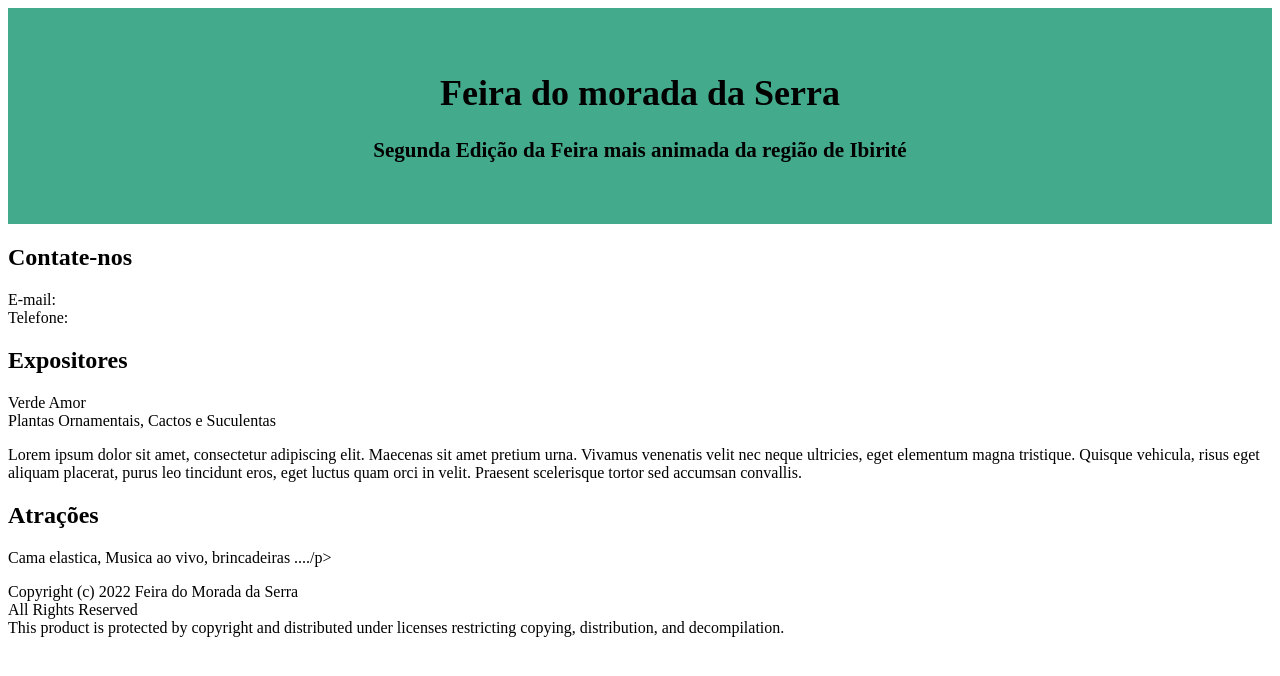
Repository: valerianogueirasilva/feiraibirite
Page: SoacialProject/Index.html
An editor plug-in stored every save of this project. The page is shown before and after the next save, followed by the edit.
The browser window is 1280 px wide. The pictures show the whole page.

Above is the page before, as saved 2022-07-11 14:50:21.

### SoacialProject/Index.html
<!DOCTYPE html>
<html>
<head>
<meta charset="ISO-8859-1">
<title>Feira Social do Morada da Serra</title>
<link rel="stylesheet" type="text/css" href="Css/cssfile.css" >
<header id="HeaderId" class="HeaderClass">
<h1 id="H1HeaderId" class="H1HeaderClass">Feira do morada da Serra</h1>
<h3 id="H3HeaderId" class="H3HeaderClass">Segunda Edição da Feira mais animada da região de Ibirité</h3>
</header>

</head>
<body>

<div class="row">
  <div class="column side">
    <h2>Contate-nos</h2>
    <p>E-mail: <br> Telefone: <br> </p>
  </div>

  <div class="column middle">
    <h2>Expositores</h2>
    <p id="VerdeAmorId" class="VerdeAmorClass"> Verde Amor <br> Plantas Ornamentais, Cactos e Suculentas</p>
    <p>Lorem ipsum dolor sit amet, consectetur adipiscing elit. Maecenas sit amet pretium urna. Vivamus venenatis velit nec neque ultricies, eget elementum magna tristique. Quisque vehicula, risus eget aliquam placerat, purus leo tincidunt eros, eget luctus quam orci in velit. Praesent scelerisque tortor sed accumsan convallis.</p>
  </div>

<div class="column side">
    <h2>Atrações</h2>
    <p>Cama elastica, Musica ao vivo, brincadeiras ..../p>
  </div>
</div


<footer ide="FooterId" class="FooterClass" >Copyright (c) 2022 Feira do Morada da Serra <br> All Rights Reserved <br>

This product is protected by copyright and distributed under
licenses restricting copying, distribution, and decompilation. </footer>

</body>
</html>

### SoacialProject/Css/cssfile.css
/*
Author: Valeria Nogueira
Date: 11 july 2022
Section: Social Project

https://coolors.co/f94144-f3722c-f8961e-fdc9b0-f9c74f-74a94c-43aa8b-4f9290-ffffff-040d10
*/

.HeaderClass {
   text-align: center;
   background: #43AA8B;
   padding: 40px;
   font-size: 18px;
}














.FooterClass{
	text-align: center;
	padding:20px;
	background:#43AA8B;
}

After the next save:
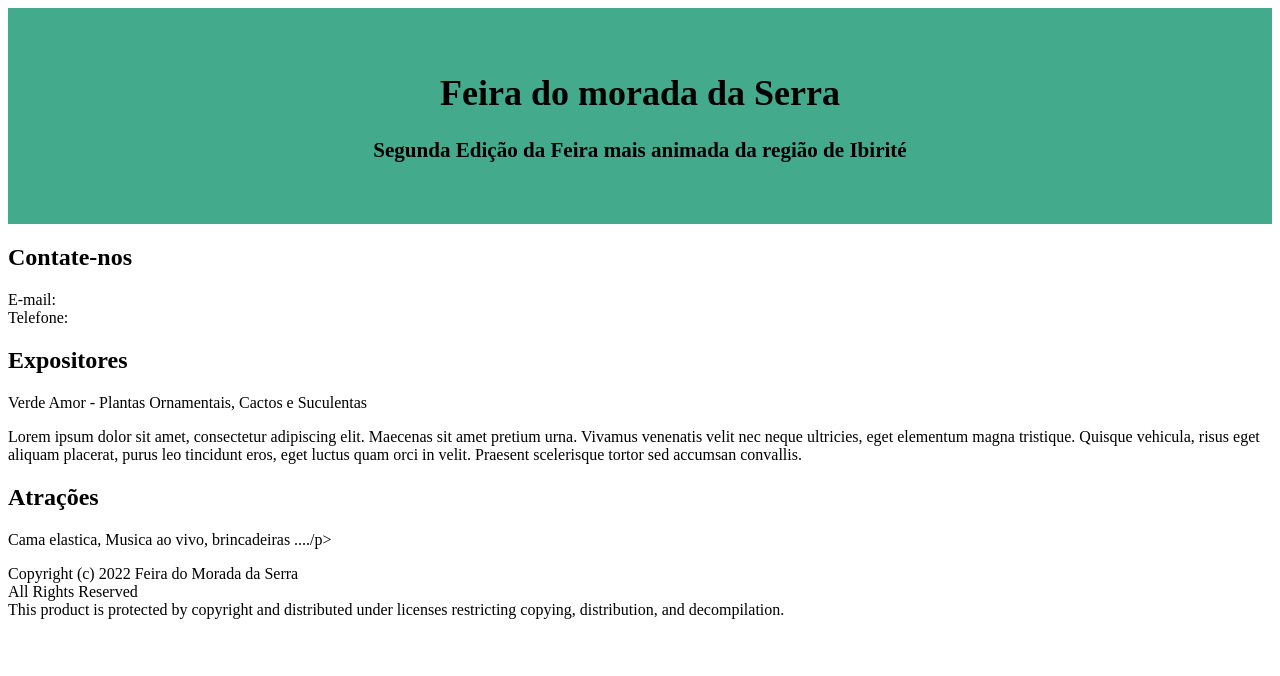
Saved 13 s later.
--- a/SoacialProject/Index.html
+++ b/SoacialProject/Index.html
@@ -20,7 +20,7 @@
 
   <div class="column middle">
     <h2>Expositores</h2>
-    <p id="VerdeAmorId" class="VerdeAmorClass"> Verde Amor <br> Plantas Ornamentais, Cactos e Suculentas</p>
+    <p id="VerdeAmorId" class="VerdeAmorClass"> Verde Amor - Plantas Ornamentais, Cactos e Suculentas</p>
     <p>Lorem ipsum dolor sit amet, consectetur adipiscing elit. Maecenas sit amet pretium urna. Vivamus venenatis velit nec neque ultricies, eget elementum magna tristique. Quisque vehicula, risus eget aliquam placerat, purus leo tincidunt eros, eget luctus quam orci in velit. Praesent scelerisque tortor sed accumsan convallis.</p>
   </div>
 
